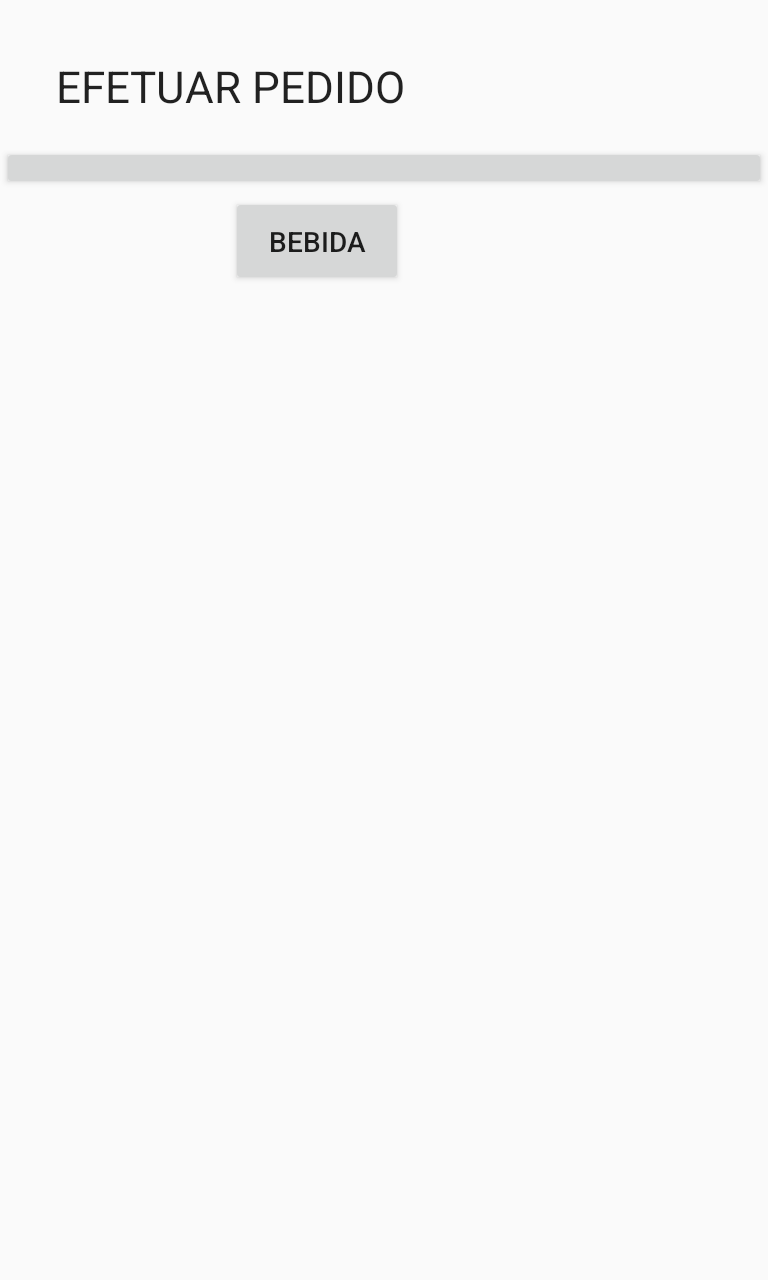
Repository: LucasSampaio/SysPizza-PSI
Layout: CodigoFonte/MOBILE/SysPizza/res/layout/activity_efetuar_pedido.xml
These files come from the project's save history. The layout is drawn as it stood at one moment and after the next save; the edit follows.
It is drawn on a 768 x 1280 px phone screen (xhdpi) without system bars, with theme AppTheme; the app's code is not run.

Above is the layout before, as saved 2014-09-25 13:04:50.

### CodigoFonte/MOBILE/SysPizza/res/layout/activity_efetuar_pedido.xml
<?xml version="1.0" encoding="utf-8"?>
<RelativeLayout xmlns:android="http://schemas.android.com/apk/res/android"
    android:layout_width="match_parent"
    android:layout_height="match_parent"
    android:orientation="vertical" >

    <TextView
        android:id="@+id/textView1"
        android:layout_width="wrap_content"
        android:layout_height="wrap_content"
        android:layout_alignParentLeft="true"
        android:layout_alignParentTop="true"
        android:layout_marginLeft="28dp"
        android:layout_marginTop="28dp"
        android:text="EFETUAR PEDIDO"
        android:textAppearance="?android:attr/textAppearanceLarge" />

    <Button
        android:id="@+id/button1"
        android:layout_width="fill_parent"
        android:layout_height="25dp"
        android:layout_below="@+id/textView1"
        android:layout_centerHorizontal="true"
        android:layout_marginTop="14dp"
        android:text="Pizza" />

    <Button
        android:id="@+id/button2"
        android:layout_width="wrap_content"
        android:layout_height="wrap_content"
        android:layout_alignRight="@+id/textView1"
        android:layout_below="@+id/button1"
        android:text="Bebida" />

</RelativeLayout>

Loaded but not shown: CodigoFonte/MOBILE/SysPizza/res/values/styles.xml (common file); CodigoFonte/MOBILE/SysPizza/res/values-v11/styles.xml (common file); CodigoFonte/MOBILE/SysPizza/res/values-v14/styles.xml (common file)

After the next save:
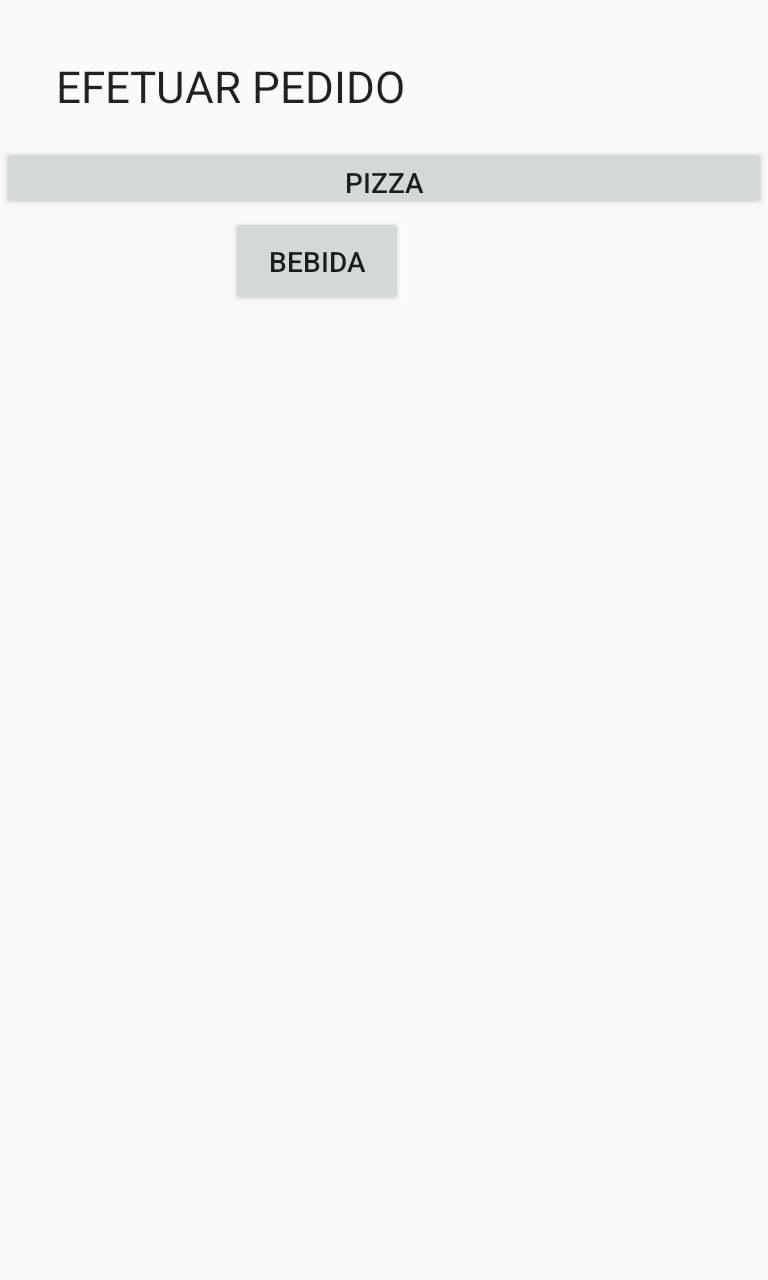
Saved 5 s later.
--- a/CodigoFonte/MOBILE/SysPizza/res/layout/activity_efetuar_pedido.xml
+++ b/CodigoFonte/MOBILE/SysPizza/res/layout/activity_efetuar_pedido.xml
@@ -18,7 +18,7 @@
     <Button
         android:id="@+id/button1"
         android:layout_width="fill_parent"
-        android:layout_height="25dp"
+        android:layout_height="35dp"
         android:layout_below="@+id/textView1"
         android:layout_centerHorizontal="true"
         android:layout_marginTop="14dp"
